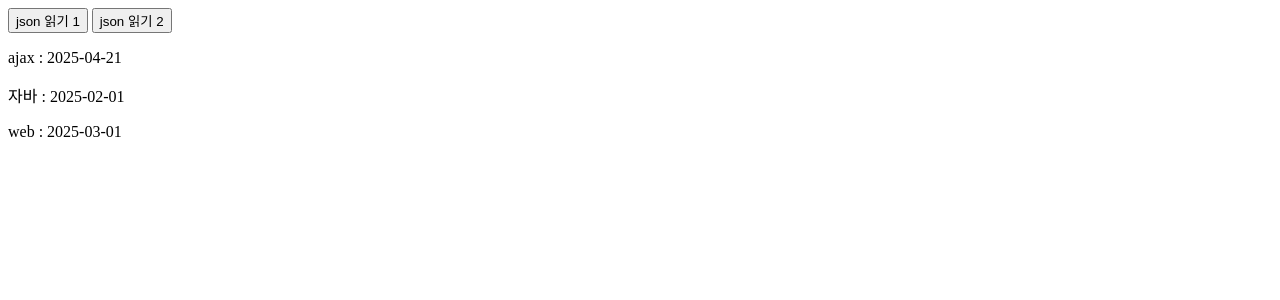
Repository: dongcmd/dong_jsp
Page: ajaxStudy/src/main/webapp/ex05_fetch.html
An editor plug-in stored every save of this project. The page is shown before and after the next save, followed by the edit.
The browser window is 1280 px wide. The pictures show the whole page.
After loading, the first visible `input` was clicked once.

Above is the page before, as saved 2025-04-21 05:49:14.

### ajaxStudy/src/main/webapp/ex05_fetch.html
<!DOCTYPE html>
<html>
<head>
<meta charset="UTF-8">
<title> </title>
</head>
<body>
<input type="button" value="json 읽기 1" onclick="load1('ex03_json.json')">
<input type="button" value="json 읽기 2" onclick="load1('ex03_json.json')">
<div id="area"></div>
<script>
	function load1(url) {
		fetch(url)
		.then( r => r.text())
		.then( t => {
			console.log(t)
			let data = JSON.parse(t);
			console.log(data)
			let area = document.querySelector("#area");
			for(s of data) {
				area.innerHTML += "<p>" + s.author.book + " : " + s.author.pubData + "</p>";
			}
		})
	}
	function load2(url) {
		fetch(url)
		.then( r => r.json())
		.then( data => {
console.log(data)
			let area = document.querySelector("#area");
			for(s of data) {
				area.innerHTML += "<p>" + s.author.book + " : " + s.author.pubData + "</p>";
			}
		})
	}
</script>
</body>
</html>

### ajaxStudy/src/main/webapp/ex03_json.json
[{"author" : {"book":"ajax", "pubData" : "2025-04-21"}},
 {"author" : {"book":"자바", "pubData" : "2025-02-01"}},
 {"author" : {"book":"web", "pubData" : "2025-03-01"}}]

After the next save:
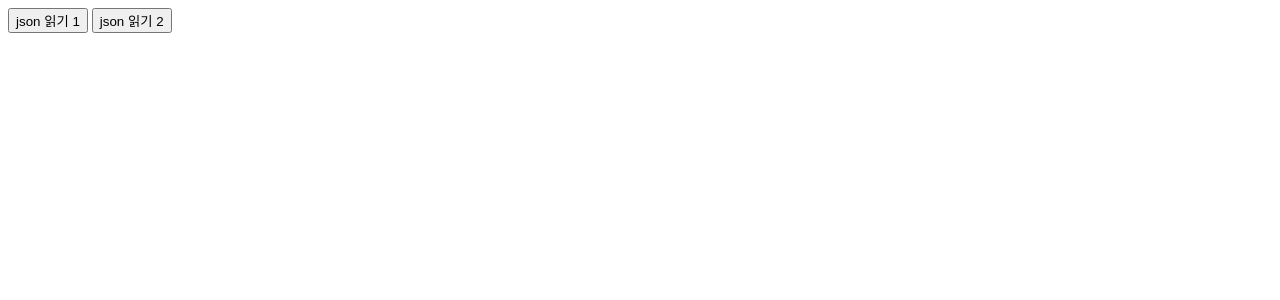
Console error: ReferenceError: Cannot access 'area' before initialization
Saved 13 min 4 s later.
--- a/ajaxStudy/src/main/webapp/ex05_fetch.html
+++ b/ajaxStudy/src/main/webapp/ex05_fetch.html
@@ -13,7 +13,9 @@
 		fetch(url)
 		.then( r => r.text())
 		.then( t => {
-			console.log(t)
+			for(s of t) {
+				area.innerHTML += "<p>" + s.author.book + " : " + s.author.pubData + "</p>";
+			}
 			let data = JSON.parse(t);
 			console.log(data)
 			let area = document.querySelector("#area");
